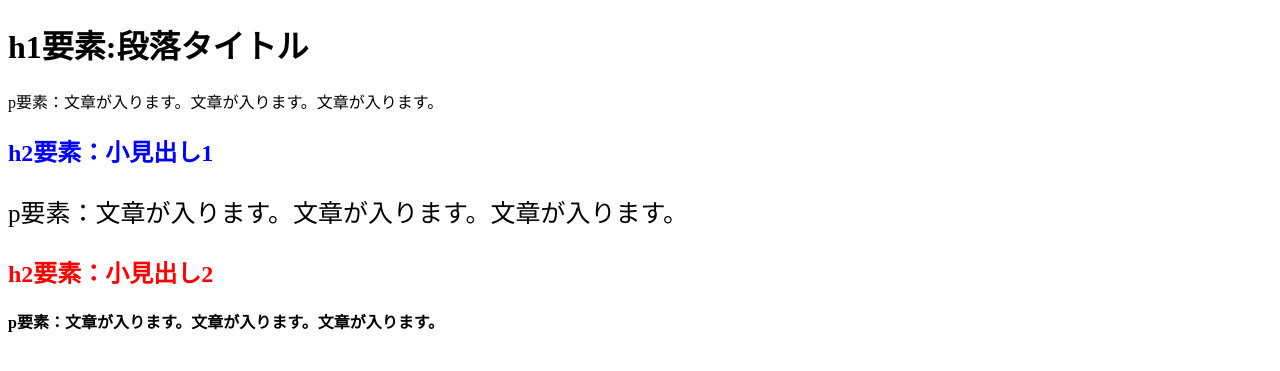
Repository: Makishima-kouhei/samurai_HTML-CSS
Page: index.html
The author's editor kept a record of every edit. The page is drawn from the files as they stood at one moment, then again after the next edit.
The browser window is 1280 px wide. The pictures show the whole page.

Above is the page before.

After the next edit:
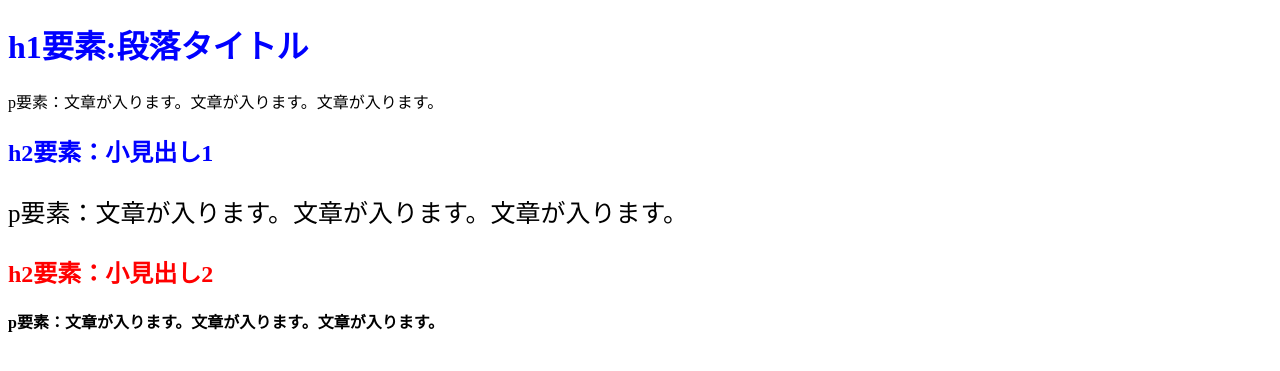
The edit:
--- a/index.html
+++ b/index.html
@@ -13,7 +13,7 @@
         </style>
     </head>
     <body>
-        <h1>h1要素:段落タイトル</h1>
+        <h1 class="blue">h1要素:段落タイトル</h1>
         <p>p要素：文章が入ります。文章が入ります。文章が入ります。</p>
         <h2 class="blue">h2要素：小見出し1</h2>
         <p style="font-size:25px;">
